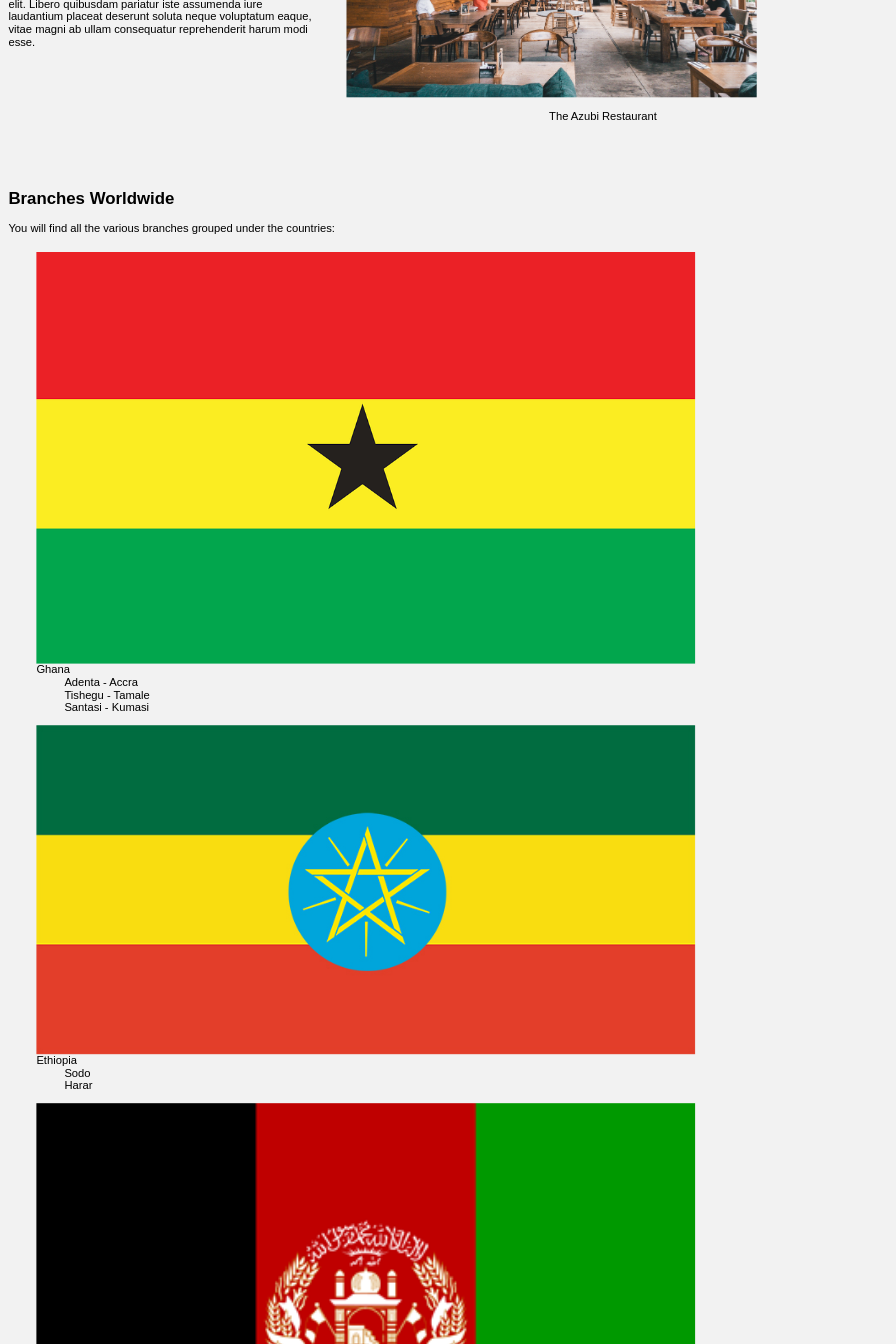
Repository: odurusphp/testingazubigit
Page: Fortune/FortunatusWulnye.html
These files come from the project's save history. The page is drawn as it stood at one moment and after the next save; the edit follows.
The browser window is 1280 px wide. The pictures show the part of the page from y = 440 to 2360 px (the page is 3712 px tall before and 3760 px after), at 70% of full size.

Above is the page before, as saved 2020-08-03 05:54:30.

### Fortune/FortunatusWulnye.html
<!--COMMENTS THAT ARE MINE ARE WRITTEN IN CAPITAL LETTERS-->
<!--THE GENERAL STRUCTURE OF THE PAGE IS GOOD WITH THE INDENTATION TOO-->
<!--THE CLASSES THAT YOU IMPLEMENTED TOO ARE GREAT KEEP IT UP-->
<!DOCTYPE html>
<html lang="en">

<head>

    <meta charset="UTF-8" />
    <meta name="viewport" content="width=device-width, initial-scale=1.0" />
    <title>The Azubi Restaurant</title>
    <meta name="descrition" content="A website for Azubi restaurant">
    <meta name="author" content="Fortunatus Aabangbio Wulnye">
    <link rel="stylesheet" href="css/style.css">

</head>

<body>

    <header class="main-header">
        <div class="brand">
            <h1 class="site-title"><a href="#">THE AZUBI RESTAURANT</a></h1>
        </div>
    </header>

    <main class="main-container">
        <section class="about-main">

            <aside class="about-text">
                <div class="about-header">
                    <h2>About the restaurant</h2>
                </div>
                <p>
                    The Azubi Restaurant is a German-based restaurant which provides
                    it's customers with both <br />
                    local and continental dishes. It's headquarters is in Bielefeld in
                    Germany. Lorem ipsum dolor sit amet consectetur adipisicing elit. Libero quibusdam pariatur iste
                    assumenda iure laudantium placeat deserunt soluta neque voluptatum eaque, vitae magni ab ullam
                    consequatur reprehenderit harum modi esse.
                </p>
            </aside>

            <div class="about-fig">
                <p>The image below is an interior view of the restaurant with a caption.</p>
                <figure>
                    <img src="images/FortununatusWulnyeRestaurant.jpg" alt="Azubi Restaurant" /> <br>
                    <figcaption>The Azubi Restaurant</figcaption>
                </figure>
            </div>

        </section>

        <section class="main-branches">
            <div class="branches-header">
                <h2>Branches Worldwide</h2>
            </div>

            <div class="branches">
                <p>You will find all the various branches grouped under the countries:</p>
                <dl>
                    <div class="ghana">
                        <figure class="reason">
                            <a href="">
                                <img src="images/ghana-flag.png" />
                            </a>
                            <figcaption>
                                <dt class="country">Ghana</dt>
                                <div class="location">
                                    <dd>Adenta - Accra</dd>
                                    <dd>Tishegu - Tamale</dd>
                                    <dd>Santasi - Kumasi</dd>
                                </div>
                            </figcaption>
                        </figure>
                    </div>

                    <div class="ethiopia">
                        <figure class="reason">
                            <a href="">
                                <img src="images/ethiopia-flag.jpg" />
                            </a>
                            <figcaption>
                                <dt class="country">Ethiopia</dt>
                                <div class="location">
                                    <dd>Sodo</dd>
                                    <dd>Harar</dd>
                                </div>
                            </figcaption>
                        </figure>
                    </div>


                    <div class="afghanistan">
                        <figure class="reason">
                            <a href="">
                                <img src="images/afg-flag.png" />
                            </a>
                            <figcaption>
                                <dt class="country">Afghanistan</dt>
                                <div class="location">
                                    <dd>Herat</dd>
                                    <dd>Khost</dd>
                                </div>
                            </figcaption>
                        </figure>
                    </div>

                </dl>
            </div>

        </section>

        <section class="menus">
            <h2>Menus Available</h2>
            <p>THe Azubi Restaurant provides both local and continental dishes. Some of which include:</p>
            <ul>
                <li>Jollof with Chicken & Sausage</li>
                <li>Apapransa</li>
                <li>BUrger with Fries</li>
                <li>Banku with Tilapia</li>
            </ul>
        </section>

        <div class="Contact">
            <h2>Contact Us</h2>
            <p>Pease, feel free to send us your feedback, recommendations or concerns by filling in the form below</p>
            <form action="" method="POST">
                <label for="fname">Name</label>
                <input type="text" name="fname" placeholder="Enter your name here..." required> <br>

                <label for="email">Email</label>
                <input type="text" name="email" placeholder="Enter your email here..." required> <br>

                <label for="gender">Gender</label>
                <input type="radio" id="male" value="male">
                <label for="gender">Male</label>
                <input type="radio" id="female" value="female">
                <label for="gender">Female</label> <br>

                <textarea name="message" id="" cols="20" rows="5" placeholder="Type your message here"></textarea>
                <br />

                <input type="submit" value="Submit" />
            </form>
            <br>

        </div>
        <br>

        <div class="rating">
            <h2>Give us a rating (0 to 5)</h2>
            <div class="slider">
                <input type="range" min="0" max="5" value="50">
            </div>
        </div>

        <div class="ceomessage">
            <h2>A Message From The C.E.O</h2>
            <P>The C.E.O, in an interview was asked for motivation in bringing up thus restaurant. This<br> is what he
                said:
            <blockquote> <q> There is no food diffiult for you to eat. It is just a matter of psyching yourself.<br>
                    Free your mind and the food
                    will settle in your belly beause the sweetness of <br> the padding is the eating.</q><br> <br>
                &mdash;<cite>Honourable Nana Yaw Oduro</cite>
            </blockquote>
            </P>
        </div>

    </main>
    <hr />

    <footer>
        &copy; Azubi Restaurant - 2020. Website: <a
            href="https://github.com/odurusphp/testingazubigit/">https://github.com/odurusphp/testingazubigit/</a>
    </footer>

</body>

</html>

### Fortune/css/style.css
* {
  box-sizing: border-box;
}

html {
  font-family: sans-serif;
  -webkit-text-size-adjust: 100%;
  -ms-text-size-adjust: 100%;
  justify-content: center;
  align-items: middle;
}
body {
  margin: 0;
  background-color: hsl(0, 0%, 95%);
}

/*--------------------------------------------------------------
Header styles
--------------------------------------------------------------*/

.main-header {
  padding: 1em 0;
  background-color: #002254;
}

.brand {
  /* padding: 70px 0; */
  text-align: center;
  border: "0.5rem solid pink";
}
.site-title a {
  text-decoration: none;
  color: #fff;
}

.about-main {
  display: flex;
}

.about-header {
  text-align: center;
}

.about-text {
  display: flex;
  flex-direction: column;
  justify-content: center;
}

.about-fig {
  display: flex;
  flex-direction: column;
  justify-content: center;
  text-align: center;
}

.main-container {
  border-radius: 2px;
  padding: 12px;
}

aside,
figcaption,
figure,
footer,
header,
main,
nav,
section {
  display: block;
}

a:active,
a:hover {
  outline: 0;
}

b,
strong {
  font-weight: bold;
}

p {
  margin-bottom: 1.5em;
}

h1 {
  font-size: 2em;
  margin: 0.67em 0;
}

img {
  display: block;
  border: 0;
  width: 80%;
  height: 80%;
}

label {
  padding: 12px 12px 12px 0;
  display: inline-block;
}

.contact {
  border-radius: 5px;
  background-color: #f2f2f2;
  padding: 20px;
}
input [type="text"],
select,
textarea {
  color: inherit;
  font: inherit;
  margin: 0;
  padding: 12px;
  border: 1px solid #ccc;
  border-radius: 10px;
  resize: vertical;
  margin: 8px 0;
  font-family: "Source Sans Pro", "Helvetica", Arial, sans-serif;
  font-size: 18px;
  line-height: 1.5;
}

input[type="submit"] {
  background-color: #4caf50;
  color: white;
  padding: 12px 20px;
  border: none;
  border-radius: 4px;
  cursor: pointer;
  float: left;
}

select {
  text-transform: none;
}

textarea {
  overflow: auto;
}

input::-moz-focus-inner {
  border: 0;
  padding: 0;
}

input {
  line-height: normal;
}

input[type="radio"] {
  box-sizing: border-box;
  padding: 0;
}

blockquote {
  margin: 0 1.5em;
}

After the next save:
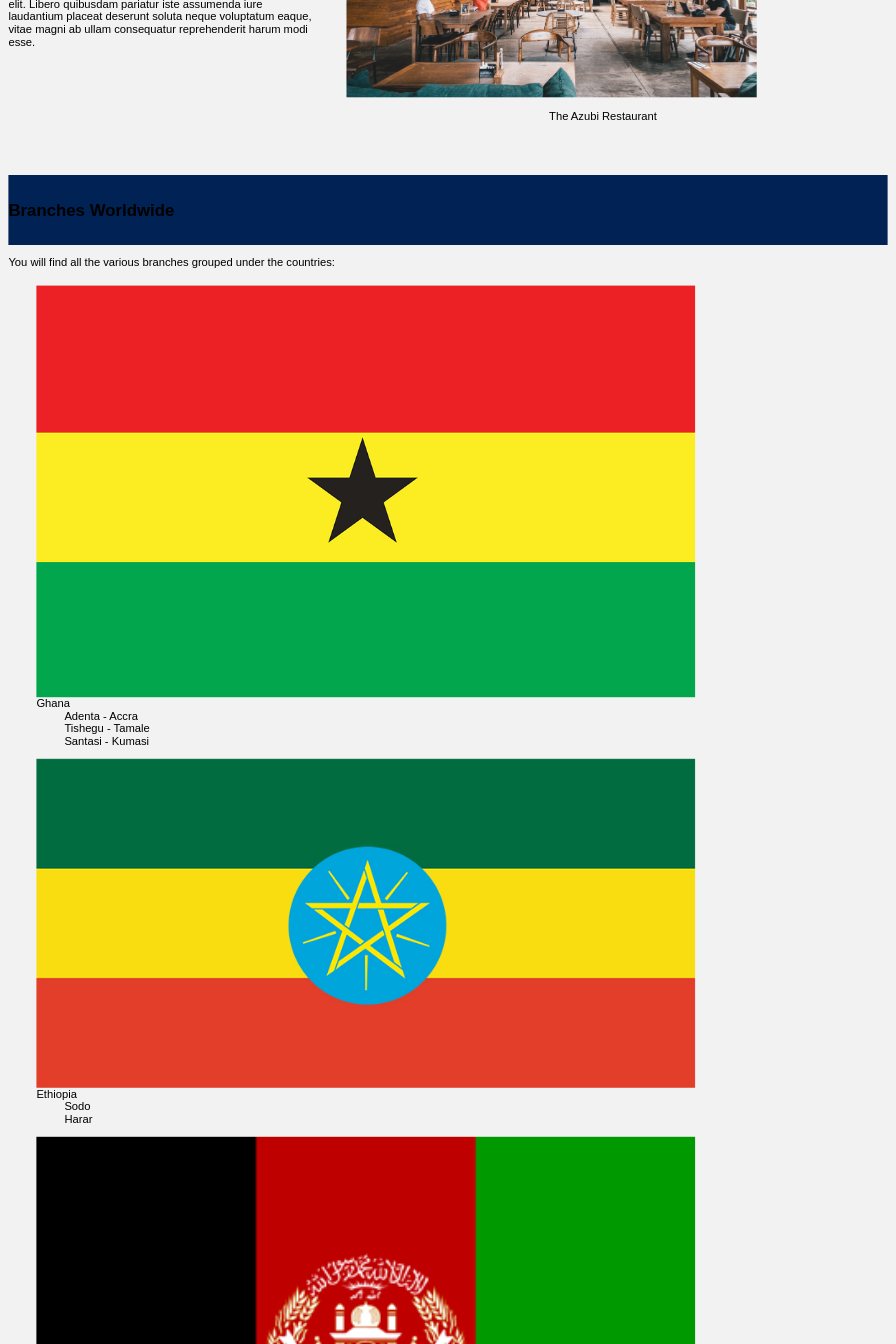
Saved 2 min 20 s later.
--- a/Fortune/css/style.css
+++ b/Fortune/css/style.css
@@ -57,6 +57,11 @@ Header styles
 .main-container {
   border-radius: 2px;
   padding: 12px;
+}
+
+.branches-header {
+  padding: 1em 0;
+  background-color: #002254;
 }
 
 aside,
